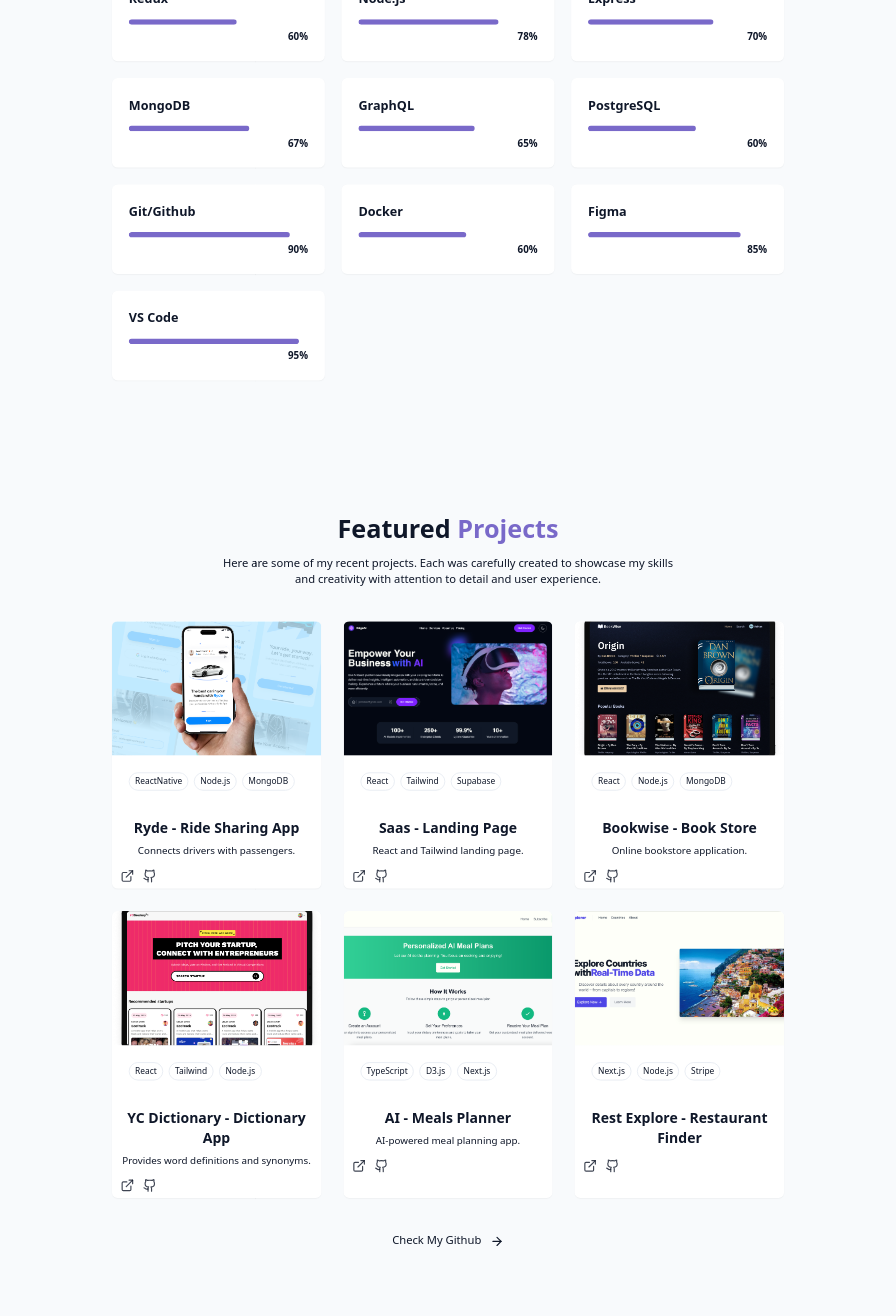
Repository: mOzariffard/Portfolio
Page: /
An editor plug-in stored every save of this project. The page is shown before and after the next save, followed by the edit.
The browser window is 1280 px wide. The pictures show the part of the page from y = 2168 to 4088 px (the page is 4048 px tall before and 4088 px after), at 70% of full size.
The project was rebuilt for these pictures with package versions that can differ from the ones it lists, and the page was loaded fresh each time. Also part of the build but not shown: vite.config.js, src/pages/NotFound.jsx.

Above is the page before, as saved 2025-06-29 21:54:18.

After the next save:
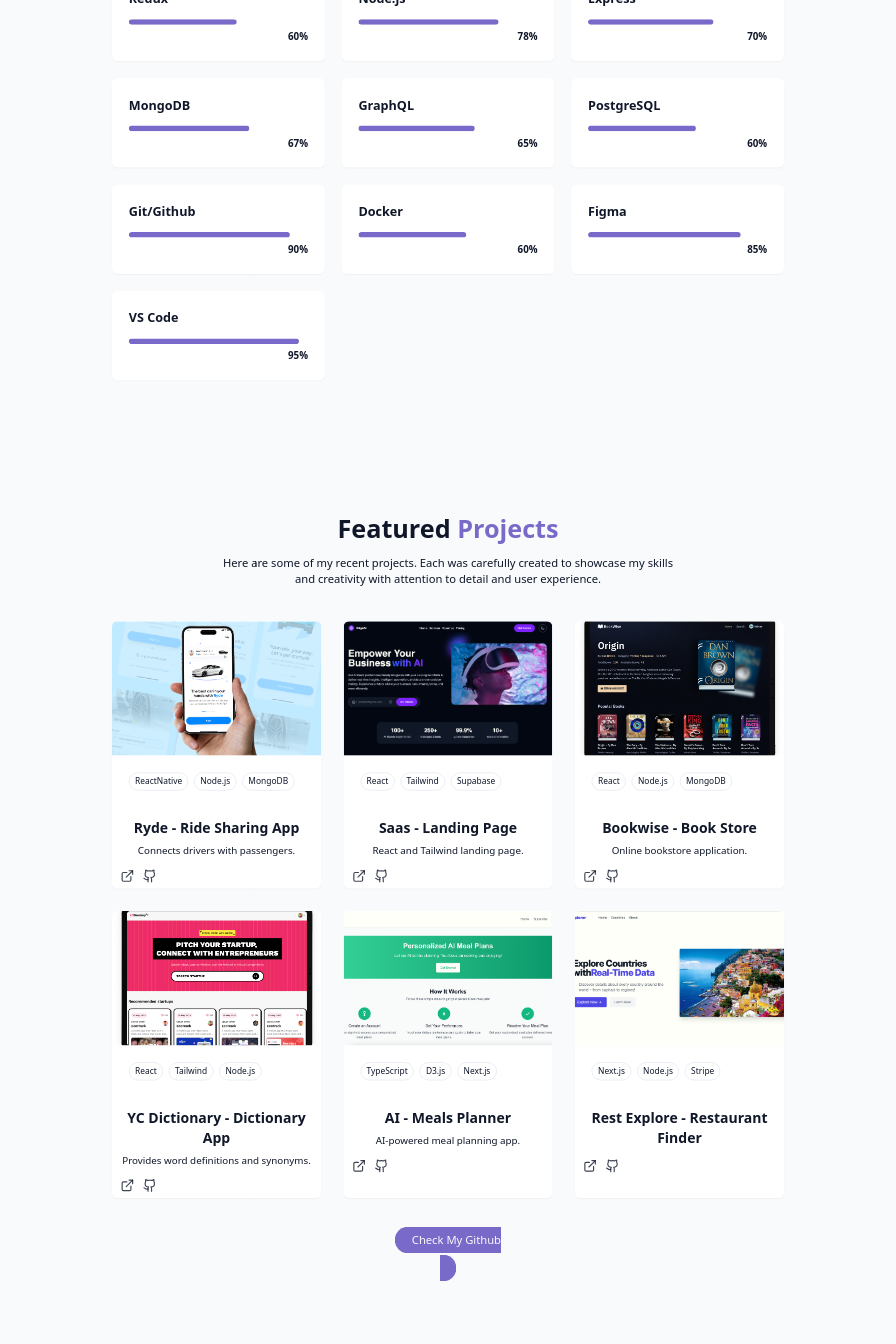
Saved 28 s later.
--- a/src/components/ProjectSection.jsx
+++ b/src/components/ProjectSection.jsx
@@ -154,8 +154,8 @@ const ProjectSection = () => {
                 </div>
 
                 <div className='text-center mt-12'>
-                    <a href="">
-                        Check My Github <ArrowRight size={20} className='inline ml-2' />
+                    <a href="" className='cosmic-button'>
+                        Check My Github <ArrowRight size={16}/>
                     </a>
                 </div>
             </div>
